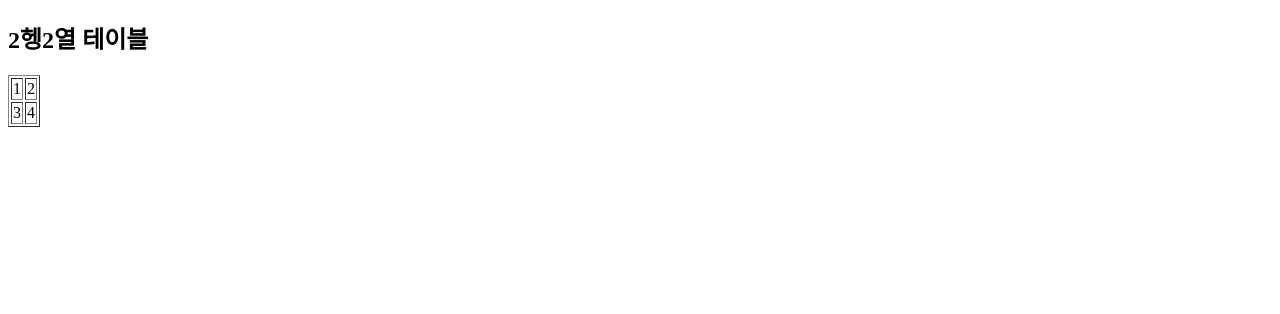
Repository: Hwang-97/HhwDesktop
Page: client/ClientTest/src/main/webapp/html/ex14_table.html
These files come from the project's save history. The page is drawn as it stood at one moment and after the next save; the edit follows.
The browser window is 1280 px wide. The pictures show the whole page.

Above is the page before, as saved 2021-12-10 05:22:31.

After the next save:
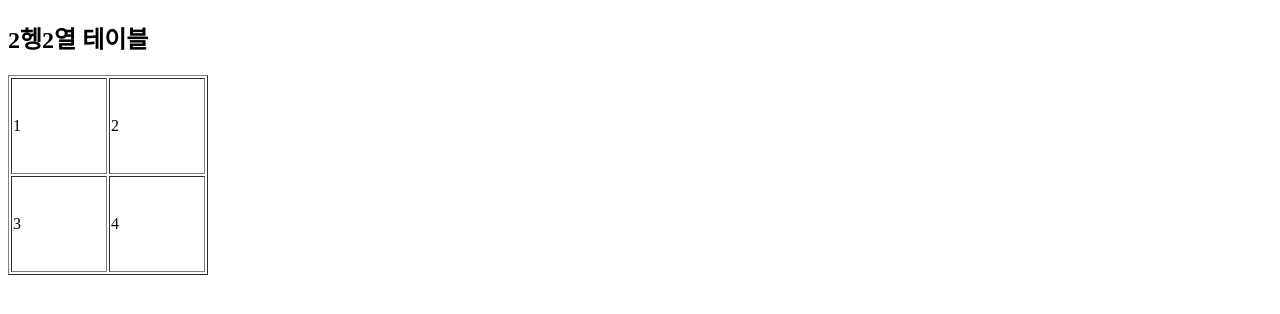
Saved 41 s later.
--- a/client/ClientTest/src/main/webapp/html/ex14_table.html
+++ b/client/ClientTest/src/main/webapp/html/ex14_table.html
@@ -6,7 +6,7 @@
 </head>
 <body>
 <h2>2헹2열 테이블</h2>
-	<table BORDER="1">
+	<table BORDER="1" width="200" height="200">
 		<tr>
 			<td>1</td>
 			<td>2</td>
